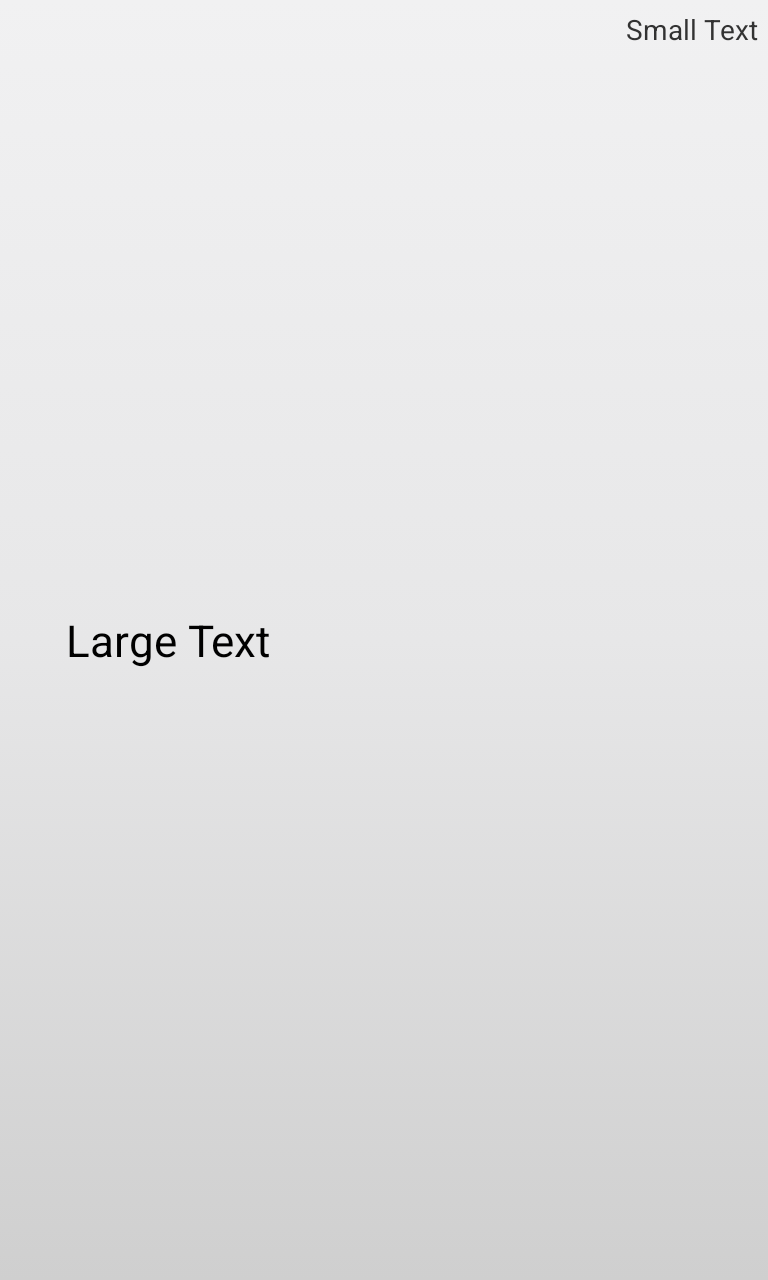
Repository: satyadarls/ToDo
Layout: ToDo/res/layout/list_row.xml
The author's editor kept a copy of each file at every save. The layout is drawn from the files as they stood at one save, then again after the next save.
It is drawn on a 768 x 1280 px phone screen (xhdpi) without system bars, with theme AppTheme; the app's code is not run.

Above is the layout before, as saved 2014-07-01 08:00:33.

### ToDo/res/layout/list_row.xml
<?xml version="1.0" encoding="utf-8"?>
<RelativeLayout xmlns:android="http://schemas.android.com/apk/res/android"
    android:layout_width="fill_parent"
    android:layout_height="wrap_content"
    android:background="@drawable/list_selector"
    android:orientation="horizontal"
    android:padding="5dip" >

	<ImageView
        android:id="@+id/imageView1"
        android:layout_width="wrap_content"
        android:layout_height="wrap_content"
         android:layout_alignParentLeft="true"
        android:layout_centerVertical="true"
        android:layout_toLeftOf="@+id/taskText"
        android:src="@android:drawable/ic_menu_add" />

    <TextView
        android:id="@+id/taskText"
        android:layout_width="wrap_content"
        android:layout_height="wrap_content"
        android:layout_alignParentLeft="true"
        android:layout_centerVertical="true"
        android:layout_marginLeft="28dp"
        android:text="Large Text"
        android:textAppearance="?android:attr/textAppearanceLarge" />

    <TextView
        android:id="@+id/timeText"
        android:layout_width="wrap_content"
        android:layout_height="wrap_content"
        android:layout_alignParentRight="true"
        android:layout_alignParentTop="true"
        android:text="Small Text"
        android:textAppearance="?android:attr/textAppearanceSmall" />



  </RelativeLayout>

Loaded but not shown: ToDo/res/values/styles.xml (common file); ToDo/res/values-v11/styles.xml (common file); ToDo/res/values-v14/styles.xml (common file); ToDo/res/drawable-ldpi/list_selector.xml (common file); ToDo/res/drawable-ldpi/gradient_bg.xml (common file); ToDo/res/drawable-ldpi/gradient_bg_hover.xml (common file)

After the next save:
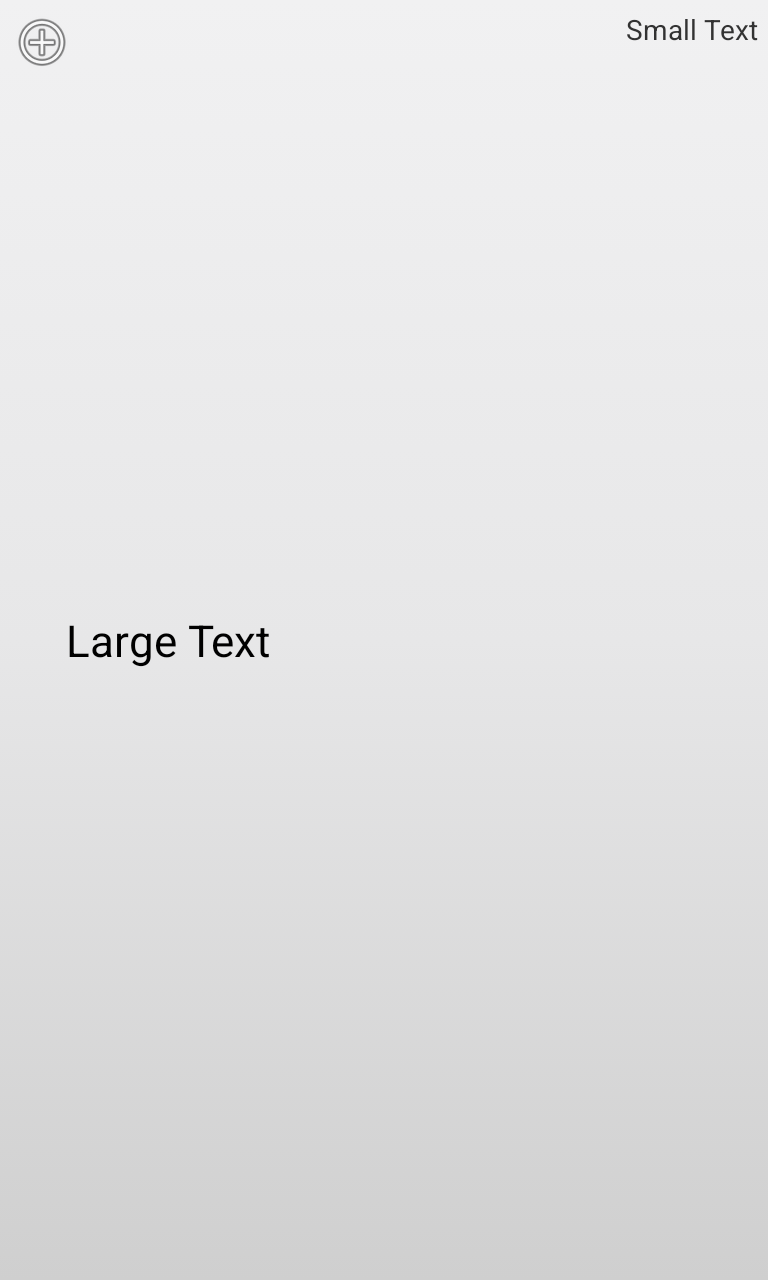
Saved 35 s later.
--- a/ToDo/res/layout/list_row.xml
+++ b/ToDo/res/layout/list_row.xml
@@ -11,8 +11,7 @@
         android:layout_width="wrap_content"
         android:layout_height="wrap_content"
          android:layout_alignParentLeft="true"
-        android:layout_centerVertical="true"
-        android:layout_toLeftOf="@+id/taskText"
+
         android:src="@android:drawable/ic_menu_add" />
 
     <TextView
